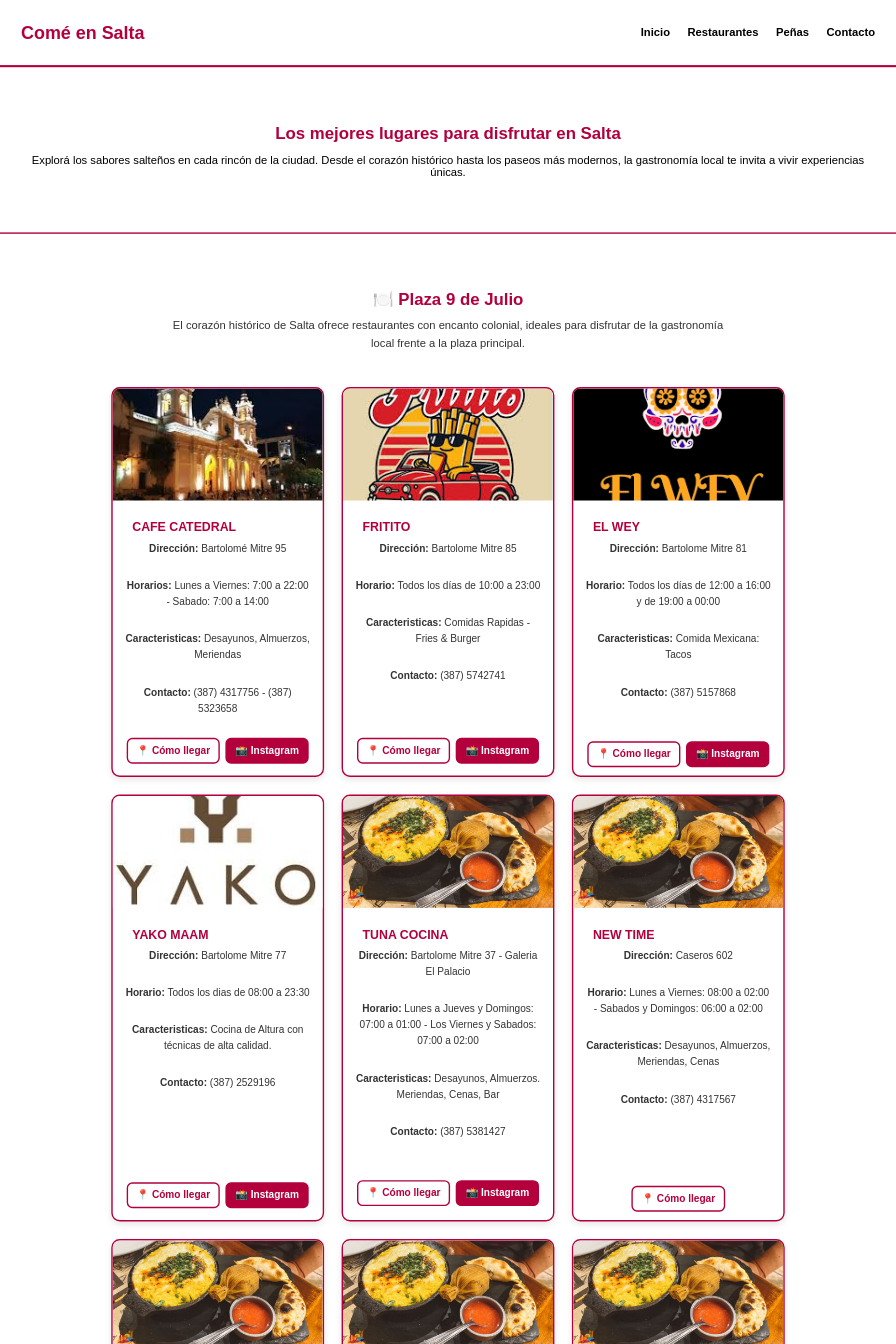
Repository: nahir95/come-en-salta
Page: restaurantes.html
An editor plug-in stored every save of this project. The page is shown before and after the next save, followed by the edit.
The browser window is 1280 px wide. The pictures show the part of the page from y = 0 to 1920 px (the page is 6195 px tall), at 70% of full size.

Above is the page before, as saved 2025-11-12 02:39:59.

After the next save:
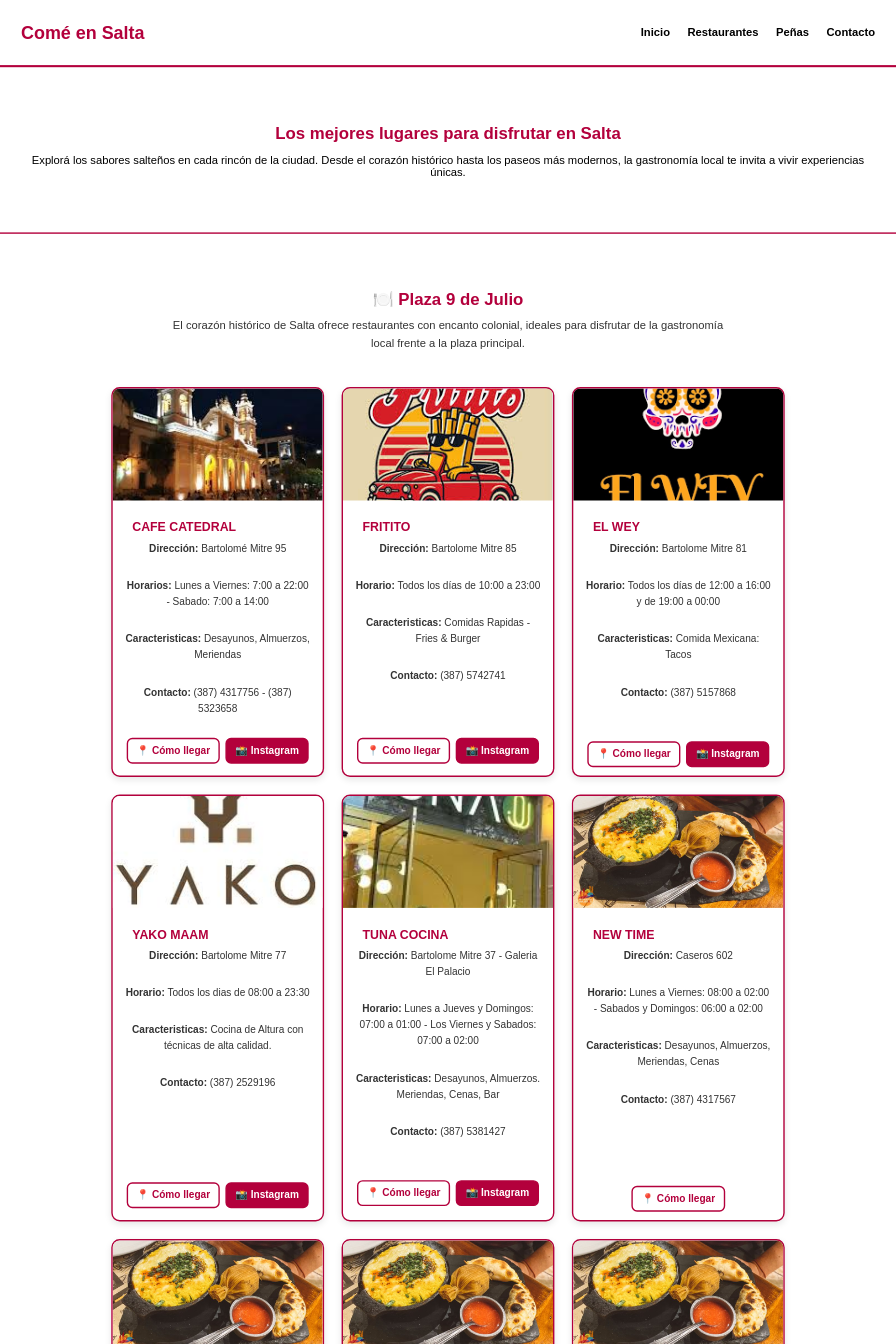
Saved 52 s later.
--- a/restaurantes.html
+++ b/restaurantes.html
@@ -97,7 +97,7 @@
 
        <!-- Restaurante 5 -->
      <article class="card restaurante">
-      <img src="imagenes/carrusel-1.jpg" alt="Tuna Cocina">
+      <img src="imagenes/tuna.jpeg" alt="Tuna Cocina">
       <div class="card-content">
         <h3>TUNA COCINA</h3>
         <p><strong>Dirección:</strong> Bartolome Mitre 37 - Galeria El Palacio</p>
